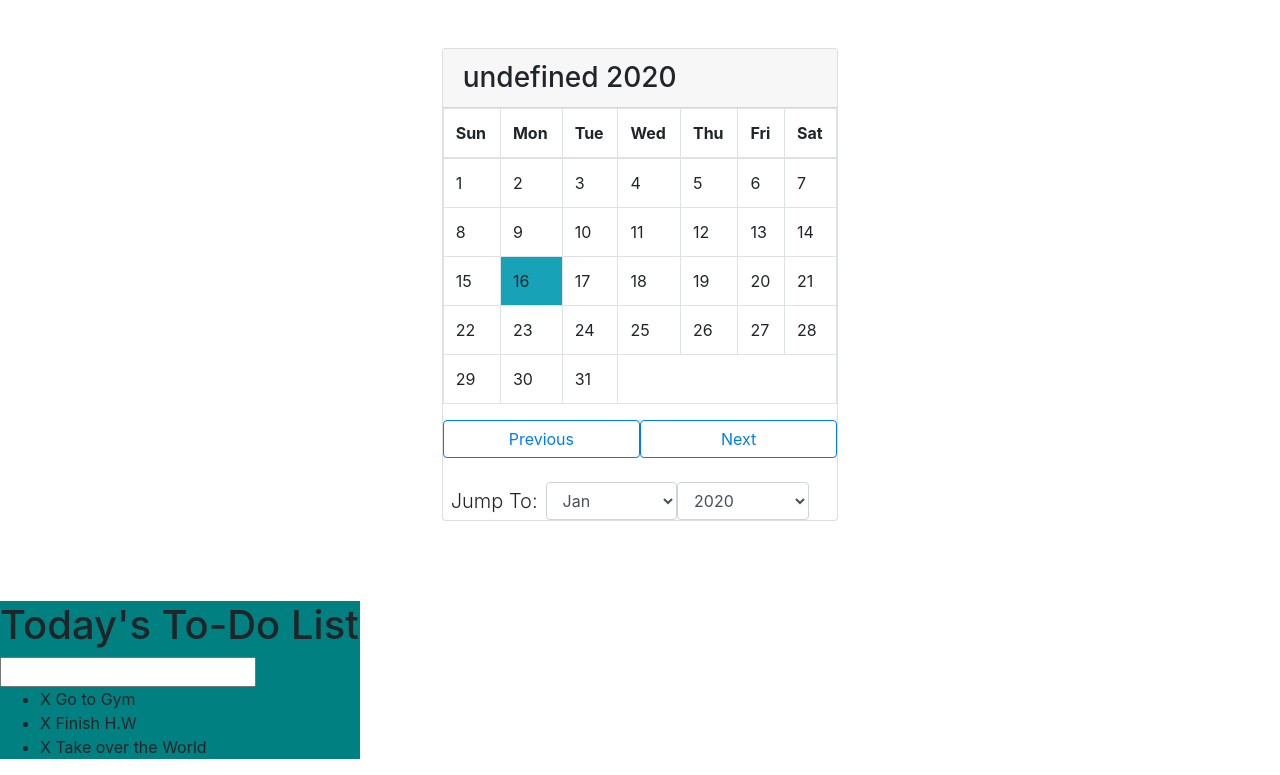
Repository: kkyler24/DayPlanner
Page: Index.html
The author's editor kept a copy of each file at every save. The page is drawn from the files as they stood at one save, then again after the next save.
The browser window is 1280 px wide. The pictures show the whole page.
Some web libraries are served in a nearby version.

Above is the page before, as saved 2020-03-25 16:30:40.

### Index.html
<!DOCTYPE html>
<html lang="en">
<head>
    <meta charset="UTF-8">
    <meta name="viewport" content="width=device-width, initial-scale=1.0">
    <script type="text/javascript" src="Assets/todoJS/Lib/jquery-3.4.1.min.js" ></script>
    <!-- Style Sheets -->
    <link rel="stylesheet" href="https://maxcdn.bootstrapcdn.com/bootstrap/4.0.0/css/bootstrap.min.css" integrity="sha384-Gn5384xqQ1aoWXA+058RXPxPg6fy4IWvTNh0E263XmFcJlSAwiGgFAW/dAiS6JXm" crossorigin="anonymous">
    <link rel="stylesheet" type="text/CSS" href="Assets/todocss/todostyles.css">
    <link rel="stylesheet"  type="text/CSS" href="style.css">
    <title>Planner</title>
</head>
<body>
<Main>
    <!-- calendar set up -->
<Section>
    <div class="container col-sm-4 col-md-7 col-lg-4 mt-5">
        <div class="card">
            <h3 class="card-header" id="monthAndYear"></h3>
            <table class="table table-bordered table-responsive-md" id="calendar">
                <thead>
                <tr>
                    <th>Sun</th>
                    <th>Mon</th>
                    <th>Tue</th>
                    <th>Wed</th>
                    <th>Thu</th>
                    <th>Fri</th>
                    <th>Sat</th>
                </tr>
                </thead>

                <tbody id="calendar-body">

                </tbody>
            </table>

            <div class="form-inline">

                <button class="btn btn-outline-primary col-sm-6" id="previous" onclick="previous()">Previous</button>

                <button class="btn btn-outline-primary col-sm-6" id="next" onclick="next()">Next</button>
            </div>
            <br/>
            <form class="form-inline">
                <label class="lead mr-2 ml-2" for="month">Jump To: </label>
                <select class="form-control col-sm-4" name="month" id="month" onchange="jump()">
                    <option value=0>Jan</option>
                    <option value=1>Feb</option>
                    <option value=2>Mar</option>
                    <option value=3>Apr</option>
                    <option value=4>May</option>
                    <option value=5>Jun</option>
                    <option value=6>Jul</option>
                    <option value=7>Aug</option>
                    <option value=8>Sep</option>
                    <option value=9>Oct</option>
                    <option value=10>Nov</option>
                    <option value=11>Dec</option>
                </select>


                <label for="year"></label><select class="form-control col-sm-4" name="year" id="year" onchange="jump()">

                <option value=2020>2020</option>
                <option value=2021>2021</option>
                <option value=2022>2022</option>
                <option value=2023>2023</option>
                <option value=2024>2024</option>
                <option value=2025>2025</option>
                <option value=2026>2026</option>
                <option value=2027>2027</option>
                <option value=2028>2028</option>
                <option value=2029>2029</option>
                <option value=2030>2030</option>
                <option value=2030>2030</option>
                <option value=2030>2030</option>
                <option value=2030>2030</option>
                <option value=2030>2030</option>
            </select></form>
        </div>
    </div>
    <!--<button name="jump" onclick="jump()">Go</button>-->

</Section>
<!-- todo list Set up -->
<sectiontwo>
 <div id="ContainerTodo">
<H1>Today's To-Do List</H1>
<input type="text">
<ul>
    <li><span>X</span> Go to Gym</li>
    <li><span>X</span> Finish H.W</li>
    <li><span>X</span> Take over the World</li>
</ul>





 </div>
</sectiontwo>
</Main>
<script src="https://code.jquery.com/jquery-3.2.1.slim.min.js" integrity="sha384-KJ3o2DKtIkvYIK3UENzmM7KCkRr/rE9/Qpg6aAZGJwFDMVNA/GpGFF93hXpG5KkN" crossorigin="anonymous"></script>
<script src="https://cdnjs.cloudflare.com/ajax/libs/popper.js/1.12.9/umd/popper.min.js" integrity="sha384-ApNbgh9B+Y1QKtv3Rn7W3mgPxhU9K/ScQsAP7hUibX39j7fakFPskvXusvfa0b4Q" crossorigin="anonymous"></script>
<script src="https://maxcdn.bootstrapcdn.com/bootstrap/4.0.0/js/bootstrap.min.js" integrity="sha384-JZR6Spejh4U02d8jOt6vLEHfe/JQGiRRSQQxSfFWpi1MquVdAyjUar5+76PVCmYl" crossorigin="anonymous"></script>

<Script type="text/javascript" src="javascript.js"></Script>
<Script type="text/javascript" src="Assets/todo JS/todo.js"></Script>
</body>
</html>

### Assets/todocss/todostyles.css
#ContainerTodo{
  background: teal;
  width: 360px;
  margin-top:5rem ;

}

### javascript.js
let today = new Date();
let currentMonth = today.getMonth();
let currentYear = today.getFullYear();
let selectYear = document.getElementById("year");
let selectMonth = document.getElementById("month");


let months = ["January", "February", "March", "April", "May", "June", "July", "August", "September", "October", "November", "December"];

let monthAndYear = document.getElementById("monthAndYear");
showCalendar(currentMonth, currentYear);

function showCalendar(month, year){

    let firstDay =(new Date(year, month)).getDay();
    let daysInMonth = 32- new Date(year, month, 32).getDate();

    // -->body of the Calendar<--
    let tbl = document.getElementById("calendar-body");


// -->clear previous cells, for new month<--
    tbl.innerHTML="";

    monthAndYear.innerHTML= months[months]+" "+ year;

    // --> create cells for Calendar<--
    let date = 1;
    for(let i = 0; i < 6; i++){
        let row  = document.createElement("tr");
        // --> creating table rows. not really sure about the 6 part. inquire why you need a 6 and not a 7-->

        // creating indivdual cells, and putting data in them.

        for(let j = 0; j < 7; j++){
            if(i===0 && j< firstDay){
                let cell = document.createElement("td");
                let cellText = document.createTextNode("");
                cell.appendChild(cellText);
                row.appendChild(cell);
            }
            else if(date > daysInMonth)
             { break;

        }
        else {
            let cell = document.createElement("td");
            let cellText = document.createTextNode(date);
            if(date ===today.getDate() && year === today.getFullYear() && month === today.getMonth()){
                cell.classList.add
                // --> bootstrap colors, try to get a wider variety of colors <--
                ("bg-info");
            }
            cell.appendChild(cellText);
            row.appendChild(cell);


        }
        date++;

        }

        tbl.appendChild(row);

    }

}

function previous(){
    currentYear =( currentMonth === 0)? currentYear -1 : currentYear;
    currentMonth = currentMonth === 0? 11:currentMonth-1;
    showCalendar(currentMonth, currentYear);
}

function next(){
    currentYear = (currentMonth ===11)? currentYear + 1: currentYear;
    currentMonth = (currentMonth + 1) % 12;
    showCalendar (currentMonth, currentYear);

}
// To do list set up

Loaded but not shown: Assets/todo JS/Lib/jquery-3.4.1.min.js (library); style.css (empty); Assets/todo JS/todo.js (no stored copy; drawn as an empty file)

After the next save:
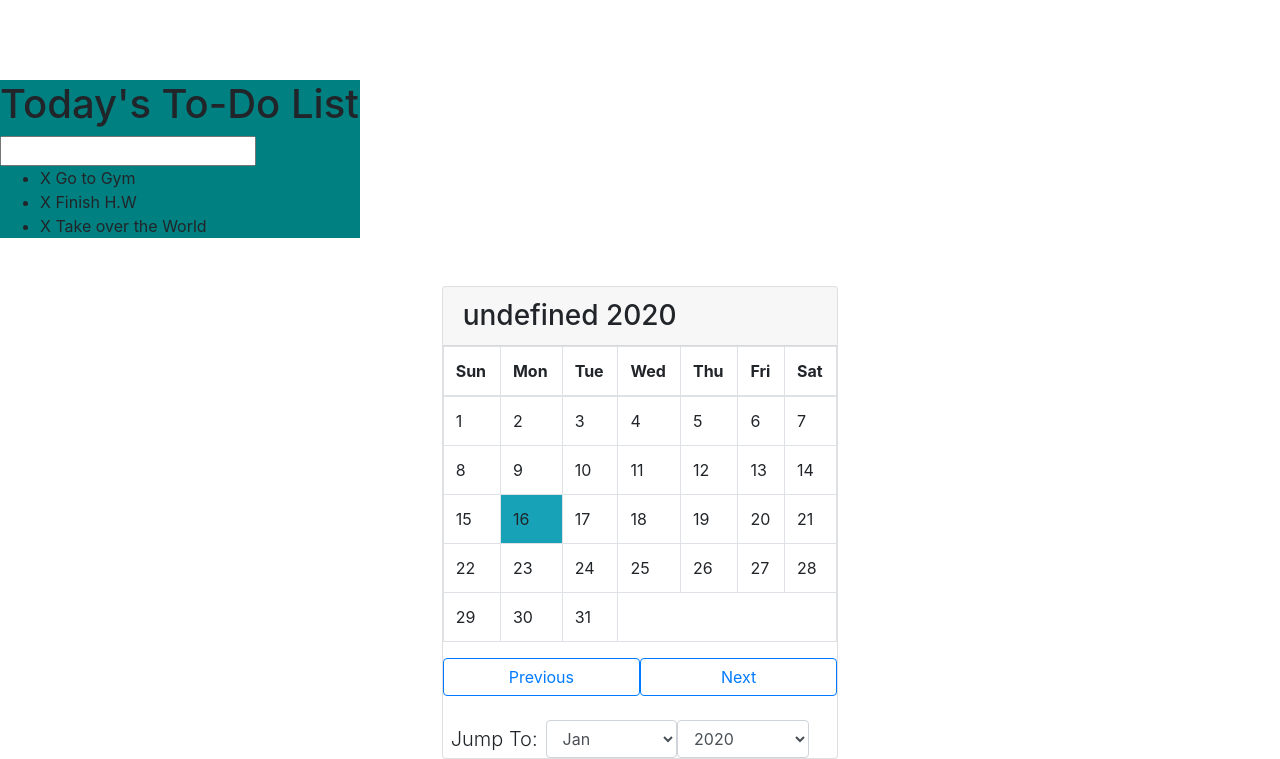
Saved 2 min 56 s later.
--- a/Index.html
+++ b/Index.html
@@ -12,8 +12,25 @@
 </head>
 <body>
 <Main>
-    <!-- calendar set up -->
+<!-- todo list Set up -->
 <Section>
+    <div id="ContainerTodo">
+        <H1>Today's To-Do List</H1>
+        <input type="text">
+        <ul>
+            <li><span>X</span> Go to Gym</li>
+            <li><span>X</span> Finish H.W</li>
+            <li><span>X</span> Take over the World</li>
+        </ul>
+
+
+
+
+
+         </div>
+</Section>
+ <!-- calendar set up -->
+ <sectiontwo>
     <div class="container col-sm-4 col-md-7 col-lg-4 mt-5">
         <div class="card">
             <h3 class="card-header" id="monthAndYear"></h3>
@@ -81,24 +98,6 @@
         </div>
     </div>
     <!--<button name="jump" onclick="jump()">Go</button>-->
-
-</Section>
-<!-- todo list Set up -->
-<sectiontwo>
- <div id="ContainerTodo">
-<H1>Today's To-Do List</H1>
-<input type="text">
-<ul>
-    <li><span>X</span> Go to Gym</li>
-    <li><span>X</span> Finish H.W</li>
-    <li><span>X</span> Take over the World</li>
-</ul>
-
-
-
-
-
- </div>
 </sectiontwo>
 </Main>
 <script src="https://code.jquery.com/jquery-3.2.1.slim.min.js" integrity="sha384-KJ3o2DKtIkvYIK3UENzmM7KCkRr/rE9/Qpg6aAZGJwFDMVNA/GpGFF93hXpG5KkN" crossorigin="anonymous"></script>
